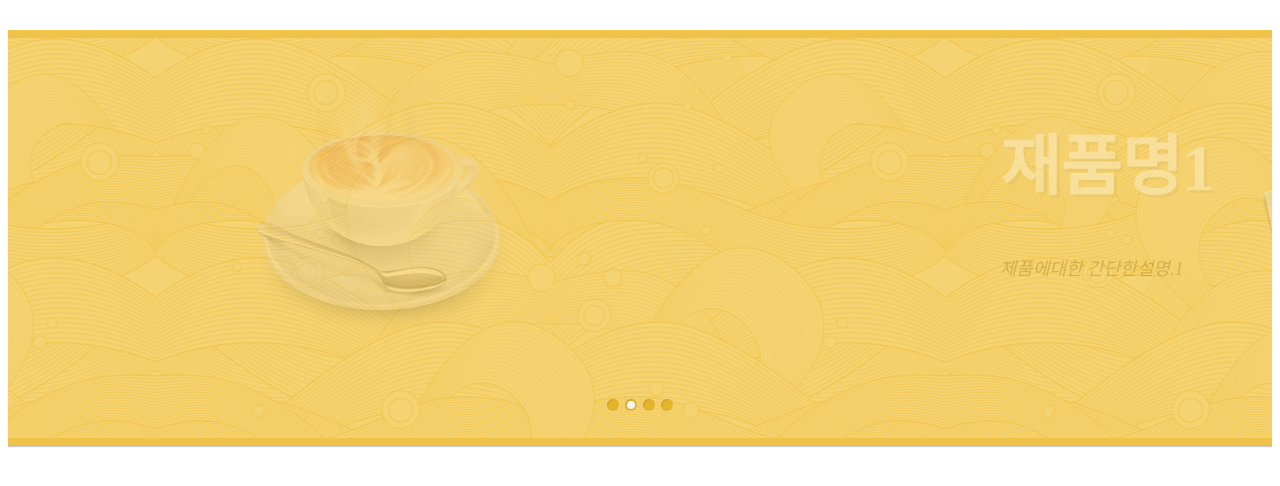
Repository: fellownew/project_workspace
Page: http://localhost/shoppingmall/WEB-INF/view/body/main.jsp
These files come from the project's save history. The page is drawn as it stood at one moment and after the next save; the edit follows.
The browser window is 1280 px wide. The pictures show the whole page.
The page is served by Tomcat 9. Nobody is signed in. Other server files are loaded and not shown. The template is opened directly, without the code that normally fills it, so the values that code supplies are empty.

Above is the page before, as saved 2015-06-03 02:35:04.

### shoppingmall/WebContent/WEB-INF/view/body/main.jsp
<%@ page contentType="text/html;charset=UTF-8"%>
<%@ taglib prefix="c" uri="http://java.sun.com/jsp/jstl/core"%>
<!DOCTYPE html>
        <link rel="stylesheet" type="text/css" href="<%=request.getContextPath()%>/css/demo.css" />
        <link rel="stylesheet" type="text/css" href="<%=request.getContextPath()%>/css/style.css" />
        <style type="text/css">
			.da-slider{
				background: transparent url('<%=request.getContextPath() %>/image/waves.gif') repeat 0% 0%;
				}
			.da-arrows span:after{
				background: transparent url('<%=request.getContextPath() %>/image/arrows.png') no-repeat top left;
				}
		</style>
		<script type="text/javascript" src="<%=request.getContextPath()%>/script/modernizr.custom.28468.js"></script>
		<script type="text/javascript" src="<%=request.getContextPath()%>/script/jquery.js"></script>
		<script type="text/javascript" src="<%=request.getContextPath()%>/script/jquery.cslider.js"></script>
		<script type="text/javascript">
			$(function() {
				$('#da-slider').cslider();
			});
		</script>

    <body>
        <div class="container">
			<div id="da-slider" class="da-slider">
				<div class="da-slide">
					<h2>재품명</h2>
					<p>제품에대한 간단한설명.</p>
					<a href="#" class="da-link">Read more(상세설명링크)</a>
					<div class="da-img"><img src="<%=request.getContextPath() %>/image/1.png" alt="image01" /></div>
				</div>
				<div class="da-slide">
					<h2>재품명1</h2>
					<p>제품에대한 간단한설명.1</p>
					<a href="#" class="da-link">Read more</a>
					<div class="da-img"><img src="<%=request.getContextPath() %>/image/2.png" alt="image01" /></div>
				</div>
				<div class="da-slide">
					<h2>재품명2</h2>
					<p>제품에대한 간단한설명.2</p>
					<a href="#" class="da-link">Read more</a>
					<div class="da-img"><img src="<%=request.getContextPath() %>/image/3.png" alt="image01" /></div>
				</div>
				<div class="da-slide">
					<h2>재품명3</h2>
					<p>제품에대한 간단한설명.3</p>
					<a href="#" class="da-link">Read more</a>
					<div class="da-img"><img src="<%=request.getContextPath() %>/image/4.png" alt="image01" /></div>
				</div>
				<nav class="da-arrows">
					<span class="da-arrows-prev"></span>
					<span class="da-arrows-next"></span>
				</nav>
			</div>
        </div>

    </body>

### shoppingmall/WebContent/css/demo.css
@font-face {
    font-weight: normal;
    font-style: normal;
}

.container{
	width: 100%;
	position: relative;
	text-align: center;
}
.clr{
	clear: both;
}
.container > header{
	padding: 20px 30px 10px 30px;
	margin: 0px 20px 10px 20px;
	position: relative;
	display: block;
	text-shadow: 1px 1px 1px rgba(0,0,0,0.2);
    text-align: center;
}
.container > header h1{
	font-size: 35px;
	line-height: 35px;
	position: relative;
	font-weight: 400;
	color: #936975;
	text-shadow: 1px 1px 1px rgba(0,0,0,0.3);
    padding: 0px 0px 5px 0px;
}
.container > header h1 span{
	color: #b19099;
	text-shadow: 0px 1px 1px rgba(255,255,255,0.8);
}
.container > header h2{
	font-size: 16px;
	font-style: italic;
	color: #593741;
	text-shadow: 0px 1px 1px rgba(255,255,255,0.8);
}
/* Header Style */
.codrops-top{
	line-height: 24px;
	font-size: 11px;
	background: rgba(255, 255, 255, 0.6);
	text-transform: uppercase;
	z-index: 9999;
	position: relative;
	box-shadow: 1px 0px 2px rgba(0,0,0,0.2);
}
.codrops-top a{
	padding: 0px 10px;
	letter-spacing: 1px;
	color: #333;
	text-shadow: 0px 1px 1px #fff;
	display: block;
	float: left;
}
.codrops-top a:hover{
	background: #fff;
}
.codrops-top span.right{
	float: right;
}
.codrops-top span.right a{
	float: left;
	display: block;
}

p.codrops-demos{
	text-align:center;
	display: block;
	padding: 14px;
}
p.codrops-demos a,
p.codrops-demos a.current-demo,
p.codrops-demos a.current-demo:hover{
    display: inline-block;
	border: 1px solid #b19099;
	padding: 4px 10px 3px;
	font-size: 13px;
	line-height: 18px;
	margin: 0px 3px;
	font-weight: 800;
	-webkit-box-shadow: 0px 1px 1px rgba(0,0,0,0.1);
	-moz-box-shadow:0px 1px 1px rgba(0,0,0,0.1);
	box-shadow: 0px 1px 1px rgba(0,0,0,0.1);
	color: #fff;
	text-shadow: 1px 1px 1px rgba(0,0,0,0.6);
	-webkit-border-radius: 5px;
	-moz-border-radius: 5px;
	border-radius: 5px;
	background: #b19099;
	background: -moz-linear-gradient(top, #b19099 0%, #936975 100%);
	background: -webkit-gradient(linear, left top, left bottom, color-stop(0%,#b19099), color-stop(100%,#936975));
	background: -webkit-linear-gradient(top, #b19099 0%,#936975 100%);
	background: -o-linear-gradient(top, #b19099 0%,#936975 100%);
	background: -ms-linear-gradient(top, #b19099 0%,#936975 100%);
	background: linear-gradient(top, #b19099 0%,#936975 100%);
	filter: progid:DXImageTransform.Microsoft.gradient( startColorstr='#b19099', endColorstr='#936975',GradientType=0 );
}
p.codrops-demos a:hover{
	background: #b19099;
}
p.codrops-demos a:active{
	-webkit-box-shadow: 0px 1px 1px rgba(255,255,255,0.4);
	-moz-box-shadow: 0px 1px 1px rgba(255,255,255,0.4);
	box-shadow: 0px 1px 1px rgba(255,255,255,0.4);
}
p.codrops-demos a.current-demo,
p.codrops-demos a.current-demo:hover{
	color: #443132;
	text-shadow: 0px 1px 1px rgba(255,255,255,0.3);
}
#testSlide3 {
	display: inline-block;
	border: 1px solid #b19099;
	padding: 4px 10px 3px;
	margin: 0px 3px;
	color: #fff;
	background: #111;
}
/* Media Queries */
@media screen and (max-width: 767px) {
	.container > header{
		text-align: center;
	}
	p.codrops-demos {
		position: relative;
		top: auto;
		left: auto;
	}
}

### shoppingmall/WebContent/css/style.css
.da-slider{
	width: 100%;
	min-width: 520px;
	height: 400px;
	position: relative;
	margin: 30px auto;
	overflow: hidden;
	border-top: 8px solid #efc34a;
	border-bottom: 8px solid #efc34a;
	box-shadow: 0px 1px 1px rgba(0,0,0,0.2), 0px -2px 1px #fff;
	-webkit-transition: background-position 1.4s ease-in-out 0.3s;
	-moz-transition: background-position 1.4s ease-in-out 0.3s;
	-o-transition: background-position 1.4s ease-in-out 0.3s;
	-ms-transition: background-position 1.4s ease-in-out 0.3s;
	transition: background-position 1.4s ease-in-out 0.3s;
}
.da-slide{
	position: absolute;
	width: 100%;
	height: 100%;
	top: 0px;
	left: 0px;
	text-align: left;
}
.da-slide-current{
	z-index: 1000;
}
.da-slider-fb .da-slide{
	left: 100%;
}
.da-slider-fb  .da-slide.da-slide-current{
	left: 0px;
}
.da-slide h2,
.da-slide p,
.da-slide .da-link,
.da-slide .da-img{
	position: absolute;
	opacity: 0;
	left: 110%;
}
.da-slider-fb .da-slide h2,
.da-slider-fb .da-slide p,
.da-slider-fb .da-slide .da-link{
	left: 10%;
	opacity: 1;
}
.da-slider-fb .da-slide .da-img{
	left: 60%;
	opacity: 1;
}
.da-slide h2{
	color: #fff;
	font-size: 66px;
	width: 50%;
	top: 20px;
	white-space: nowrap;
	z-index: 10;
	text-shadow: 3px 3px 1px rgba(0,0,0,0.1);
	font-weight: 700;
}
.da-slide p{
	width: 45%;
	top: 200px;
	color: #916c05;
	font-size: 18px;
	line-height: 26px;
	height: 80px;
	overflow: hidden;
	font-style: italic;
	font-weight: 400;
	font-style: italic;
}
.da-slide .da-img{
	text-align: center;
	width: 30%;
	top: 40px;
	height: 256px;
	line-height: 320px;
	left: 110%; /*60%*/
}
.da-slide .da-link{
	top: 300px; /*depends on p height*/
	border-radius: 30px;
	box-shadow: 0px 1px 1px rgba(0,0,0,0.1);
	color: #fff;
	text-shadow: 1px 1px 1px rgba(0,0,0,0.2);
	border: 8px solid rgba(255,255,255,0.8);
	padding: 2px 20px 0px;
	font-size: 18px;
	line-height: 30px;
	width: 80px;
	text-align: center;
	background: rgba(255,255,255,0.2);
}
.da-slide .da-link:hover{
	background: rgba(255,255,255,0.3);
}
.da-dots{
	width: 100%;
	position: absolute;
	text-align: center;
	left: 0px;
	bottom: 20px;
	z-index: 2000;
	-moz-user-select: none;
	-webkit-user-select: none;
}
.da-dots span{
	display: inline-block;
	position: relative;
	width: 12px;
	height: 12px;
	border-radius: 50%;
	background: #e4b42d;
	margin: 3px;
	cursor: pointer;
	box-shadow:
		1px 1px 1px rgba(0,0,0,0.1) inset,
		1px 1px 1px rgba(255,255,255,0.1);
}
.da-dots span.da-dots-current:after{
	content: '';
	width: 8px;
	height: 8px;
	position: absolute;
	top: 2px;
	left: 2px;
	border-radius: 50%;
	background: rgb(255,255,255);
	background: -moz-linear-gradient(top, rgba(255,255,255,1) 0%, rgba(246,246,246,1) 47%, rgba(237,237,237,1) 100%);
	background: -webkit-gradient(linear, left top, left bottom, color-stop(0%,rgba(255,255,255,1)), color-stop(47%,rgba(246,246,246,1)), color-stop(100%,rgba(237,237,237,1)));
	background: -webkit-linear-gradient(top, rgba(255,255,255,1) 0%,rgba(246,246,246,1) 47%,rgba(237,237,237,1) 100%);
	background: -o-linear-gradient(top, rgba(255,255,255,1) 0%,rgba(246,246,246,1) 47%,rgba(237,237,237,1) 100%);
	background: -ms-linear-gradient(top, rgba(255,255,255,1) 0%,rgba(246,246,246,1) 47%,rgba(237,237,237,1) 100%);
	background: linear-gradient(top, rgba(255,255,255,1) 0%,rgba(246,246,246,1) 47%,rgba(237,237,237,1) 100%);
	filter: progid:DXImageTransform.Microsoft.gradient( startColorstr='#ffffff', endColorstr='#ededed',GradientType=0 );
}
.da-arrows{
	-moz-user-select: none;
	-webkit-user-select: none;
}
.da-arrows span{
	position: absolute;
	top: 50%;
	height: 30px;
	width: 30px;
	border-radius: 50%;
	background: #e4b42d;
	cursor: pointer;
	z-index: 2000;
	opacity: 0;
	box-shadow:
		1px 1px 1px rgba(0,0,0,0.1) inset,
		1px 1px 1px rgba(255,255,255,0.1);
	-webkit-transition: opacity 0.4s ease-in-out 0.2s;
	-moz-transition: opacity 0.4s ease-in-out 0.2s;
	-o-transition: opacity 0.4s ease-in-out 0.2s;
	-ms-transition: opacity 0.4s ease-in-out 0.2s;
	transition: opacity 0.4s ease-in-out 0.2s;
}
.da-slider:hover .da-arrows span{
	opacity: 1;
}
.da-arrows span:after{
	content: '';
	position: absolute;
	width: 20px;
	height: 20px;
	top: 5px;
	left: 5px;
	border-radius: 50%;
	box-shadow: 1px 1px 2px rgba(0,0,0,0.1);
}
.da-arrows span:hover:after{
	box-shadow: 1px 1px 4px rgba(0,0,0,0.3);
}
.da-arrows span:active:after{
	box-shadow: 1px 1px 1px rgba(255,255,255,0.1);
}
.da-arrows span.da-arrows-next:after{
	background-position: top right;
}
.da-arrows span.da-arrows-prev{
	left: 15px;
}
.da-arrows span.da-arrows-next{
	right: 15px;
}

.da-slide-current h2,
.da-slide-current p,
.da-slide-current .da-link{
	left: 10%;
	opacity: 1;
}
.da-slide-current .da-img{
	left: 60%;
	opacity: 1;
}
/* Animation classes and animations */

/* Slide in from the right*/
.da-slide-fromright h2{
	-webkit-animation: fromRightAnim1 0.6s ease-in 0.8s both;
	-moz-animation: fromRightAnim1 0.6s ease-in 0.8s both;
	-o-animation: fromRightAnim1 0.6s ease-in 0.8s both;
	-ms-animation: fromRightAnim1 0.6s ease-in 0.8s both;
	animation: fromRightAnim1 0.6s ease-in 0.8s both;
}
.da-slide-fromright p{
	-webkit-animation: fromRightAnim2 0.6s ease-in 0.8s both;
	-moz-animation: fromRightAnim2 0.6s ease-in 0.8s both;
	-o-animation: fromRightAnim2 0.6s ease-in 0.8s both;
	-ms-animation: fromRightAnim2 0.6s ease-in 0.8s both;
	animation: fromRightAnim2 0.6s ease-in 0.8s both;
}
.da-slide-fromright .da-link{
	-webkit-animation: fromRightAnim3 0.4s ease-in 1.2s both;
	-moz-animation: fromRightAnim3 0.4s ease-in 1.2s both;
	-o-animation: fromRightAnim3 0.4s ease-in 1.2s both;
	-ms-animation: fromRightAnim3 0.4s ease-in 1.2s both;
	animation: fromRightAnim3 0.4s ease-in 1.2s both;
}
.da-slide-fromright .da-img{
	-webkit-animation: fromRightAnim4 0.6s ease-in 0.8s both;
	-moz-animation: fromRightAnim4 0.6s ease-in 0.8s both;
	-o-animation: fromRightAnim4 0.6s ease-in 0.8s both;
	-ms-animation: fromRightAnim4 0.6s ease-in 0.8s both;
	animation: fromRightAnim4 0.6s ease-in 0.8s both;
}
@-webkit-keyframes fromRightAnim1{
	0%{ left: 110%; opacity: 0; }
	100%{ left: 10%; opacity: 1; }
}
@-webkit-keyframes fromRightAnim2{
	0%{ left: 110%; opacity: 0; }
	100%{ left: 10%; opacity: 1; }
}
@-webkit-keyframes fromRightAnim3{
	0%{ left: 110%; opacity: 0; }
	1%{ left: 10%; opacity: 0; }
	100%{ left: 10%; opacity: 1; }
}
@-webkit-keyframes fromRightAnim4{
	0%{ left: 110%; opacity: 0; }
	100%{ left: 60%; opacity: 1; }
}

@-moz-keyframes fromRightAnim1{
	0%{ left: 110%; opacity: 0; }
	100%{ left: 10%; opacity: 1; }
}
@-moz-keyframes fromRightAnim2{
	0%{ left: 110%; opacity: 0; }
	100%{ left: 10%; opacity: 1; }
}
@-moz-keyframes fromRightAnim3{
	0%{ left: 110%; opacity: 0; }
	1%{ left: 10%; opacity: 0; }
	100%{ left: 10%; opacity: 1; }
}
@-moz-keyframes fromRightAnim4{
	0%{ left: 110%; opacity: 0; }
	100%{ left: 60%; opacity: 1; }
}

@-o-keyframes fromRightAnim1{
	0%{ left: 110%; opacity: 0; }
	100%{ left: 10%; opacity: 1; }
}
@-o-keyframes fromRightAnim2{
	0%{ left: 110%; opacity: 0; }
	100%{ left: 10%; opacity: 1; }
}
@-o-keyframes fromRightAnim3{
	0%{ left: 110%; opacity: 0; }
	1%{ left: 10%; opacity: 0; }
	100%{ left: 10%; opacity: 1; }
}
@-o-keyframes fromRightAnim4{
	0%{ left: 110%; opacity: 0; }
	100%{ left: 60%; opacity: 1; }
}

@-ms-keyframes fromRightAnim1{
	0%{ left: 110%; opacity: 0; }
	100%{ left: 10%; opacity: 1; }
}
@-ms-keyframes fromRightAnim2{
	0%{ left: 110%; opacity: 0; }
	100%{ left: 10%; opacity: 1; }
}
@-ms-keyframes fromRightAnim3{
	0%{ left: 110%; opacity: 0; }
	1%{ left: 10%; opacity: 0; }
	100%{ left: 10%; opacity: 1; }
}
@-ms-keyframes fromRightAnim4{
	0%{ left: 110%; opacity: 0; }
	100%{ left: 60%; opacity: 1; }
}

@keyframes fromRightAnim1{
	0%{ left: 110%; opacity: 0; }
	100%{ left: 10%; opacity: 1; }
}
@keyframes fromRightAnim2{
	0%{ left: 110%; opacity: 0; }
	100%{ left: 10%; opacity: 1; }
}
@keyframes fromRightAnim3{
	0%{ left: 110%; opacity: 0; }
	1%{ left: 10%; opacity: 0; }
	100%{ left: 10%; opacity: 1; }
}
@keyframes fromRightAnim4{
	0%{ left: 110%; opacity: 0; }
	100%{ left: 60%; opacity: 1; }
}
/* Slide in from the left*/
.da-slide-fromleft h2{
	-webkit-animation: fromLeftAnim1 0.6s ease-in 0.6s both;
	-moz-animation: fromLeftAnim1 0.6s ease-in 0.6s both;
	-o-animation: fromLeftAnim1 0.6s ease-in 0.6s both;
	-ms-animation: fromLeftAnim1 0.6s ease-in 0.6s both;
	animation: fromLeftAnim1 0.6s ease-in 0.6s both;
}
.da-slide-fromleft p{
	-webkit-animation: fromLeftAnim2 0.6s ease-in 0.6s both;
	-moz-animation: fromLeftAnim2 0.6s ease-in 0.6s both;
	-o-animation: fromLeftAnim2 0.6s ease-in 0.6s both;
	-ms-animation: fromLeftAnim2 0.6s ease-in 0.6s both;
	animation: fromLeftAnim2 0.6s ease-in 0.6s both;
}
.da-slide-fromleft .da-link{
	-webkit-animation: fromLeftAnim3 0.4s ease-in 1.2s both;
	-moz-animation: fromLeftAnim3 0.4s ease-in 1.2s both;
	-o-animation: fromLeftAnim3 0.4s ease-in 1.2s both;
	-ms-animation: fromLeftAnim3 0.4s ease-in 1.2s both;
	animation: fromLeftAnim3 0.4s ease-in 1.2s both;
}
.da-slide-fromleft .da-img{
	-webkit-animation: fromLeftAnim4 0.6s ease-in 0.6s both;
	-moz-animation: fromLeftAnim4 0.6s ease-in 0.6s both;
	-o-animation: fromLeftAnim4 0.6s ease-in 0.6s both;
	-ms-animation: fromLeftAnim4 0.6s ease-in 0.6s both;
	animation: fromLeftAnim4 0.6s ease-in 0.6s both;
}
@-webkit-keyframes fromLeftAnim1{
	0%{ left: -110%; opacity: 0; }
	100%{ left: 10%; opacity: 1; }
}
@-webkit-keyframes fromLeftAnim2{
	0%{ left: -110%; opacity: 0; }
	100%{ left: 10%; opacity: 1; }
}
@-webkit-keyframes fromLeftAnim3{
	0%{ left: -110%; opacity: 0; }
	1%{ left: 10%; opacity: 0; }
	100%{ left: 10%; opacity: 1; }
}
@-webkit-keyframes fromLeftAnim4{
	0%{ left: -110%; opacity: 0; }
	100%{ left: 60%; opacity: 1; }
}

@-moz-keyframes fromLeftAnim1{
	0%{ left: -110%; opacity: 0; }
	100%{ left: 10%; opacity: 1; }
}
@-moz-keyframes fromLeftAnim2{
	0%{ left: -110%; opacity: 0; }
	100%{ left: 10%; opacity: 1; }
}
@-moz-keyframes fromLeftAnim3{
	0%{ left: -110%; opacity: 0; }
	1%{ left: 10%; opacity: 0; }
	100%{ left: 10%; opacity: 1; }
}
@-moz-keyframes fromLeftAnim4{
	0%{ left: -110%; opacity: 0; }
	100%{ left: 60%; opacity: 1; }
}

@-o-keyframes fromLeftAnim1{
	0%{ left: -110%; opacity: 0; }
	100%{ left: 10%; opacity: 1; }
}
@-o-keyframes fromLeftAnim2{
	0%{ left: -110%; opacity: 0; }
	100%{ left: 10%; opacity: 1; }
}
@-o-keyframes fromLeftAnim3{
	0%{ left: -110%; opacity: 0; }
	1%{ left: 10%; opacity: 0; }
	100%{ left: 10%; opacity: 1; }
}
@-o-keyframes fromLeftAnim4{
	0%{ left: -110%; opacity: 0; }
	100%{ left: 60%; opacity: 1; }
}

@-ms-keyframes fromLeftAnim1{
	0%{ left: -110%; opacity: 0; }
	100%{ left: 10%; opacity: 1; }
}
@-ms-keyframes fromLeftAnim2{
	0%{ left: -110%; opacity: 0; }
	100%{ left: 10%; opacity: 1; }
}
@-ms-keyframes fromLeftAnim3{
	0%{ left: -110%; opacity: 0; }
	1%{ left: 10%; opacity: 0; }
	100%{ left: 10%; opacity: 1; }
}
@-ms-keyframes fromLeftAnim4{
	0%{ left: -110%; opacity: 0; }
	100%{ left: 60%; opacity: 1; }
}

@keyframes fromLeftAnim1{
	0%{ left: -110%; opacity: 0; }
	100%{ left: 10%; opacity: 1; }
}
@keyframes fromLeftAnim2{
	0%{ left: -110%; opacity: 0; }
	100%{ left: 10%; opacity: 1; }
}
@keyframes fromLeftAnim3{
	0%{ left: -110%; opacity: 0; }
	1%{ left: 10%; opacity: 0; }
	100%{ left: 10%; opacity: 1; }
}
@keyframes fromLeftAnim4{
	0%{ left: -110%; opacity: 0; }
	100%{ left: 60%; opacity: 1; }
}
/* Slide out to the right */
.da-slide-toright h2{
	-webkit-animation: toRightAnim1 0.6s ease-in 0.6s both;
	-moz-animation: toRightAnim1 0.6s ease-in 0.6s both;
	-o-animation: toRightAnim1 0.6s ease-in 0.6s both;
	-ms-animation: toRightAnim1 0.6s ease-in 0.6s both;
	animation: toRightAnim1 0.6s ease-in 0.6s both;
}
.da-slide-toright p{
	-webkit-animation: toRightAnim2 0.6s ease-in 0.3s both;
	-moz-animation: toRightAnim2 0.6s ease-in 0.3s both;
	-o-animation: toRightAnim2 0.6s ease-in 0.3s both;
	-ms-animation: toRightAnim2 0.6s ease-in 0.3s both;
	animation: toRightAnim2 0.6s ease-in 0.3s both;
}
.da-slide-toright .da-link{
	-webkit-animation: toRightAnim3 0.4s ease-in both;
	-moz-animation: toRightAnim3 0.4s ease-in both;
	-o-animation: toRightAnim3 0.4s ease-in both;
	-ms-animation: toRightAnim3 0.4s ease-in both;
	animation: toRightAnim3 0.4s ease-in both;
}
.da-slide-toright .da-img{
	-webkit-animation: toRightAnim4 0.6s ease-in both;
	-moz-animation: toRightAnim4 0.6s ease-in both;
	-o-animation: toRightAnim4 0.6s ease-in both;
	-ms-animation: toRightAnim4 0.6s ease-in both;
	animation: toRightAnim4 0.6s ease-in both;
}
@-webkit-keyframes toRightAnim1{
	0%{ left: 10%;  opacity: 1; }
	100%{ left: 100%; opacity: 0; }
}
@-webkit-keyframes toRightAnim2{
	0%{ left: 10%;  opacity: 1; }
	100%{ left: 100%; opacity: 0; }
}
@-webkit-keyframes toRightAnim3{
	0%{ left: 10%;  opacity: 1; }
	99%{ left: 10%; opacity: 0; }
	100%{ left: 100%; opacity: 0; }
}
@-webkit-keyframes toRightAnim4{
	0%{ left: 60%;  opacity: 1; }
	30%{ left: 55%;  opacity: 1; }
	100%{ left: 100%; opacity: 0; }
}

@-moz-keyframes toRightAnim1{
	0%{ left: 10%;  opacity: 1; }
	100%{ left: 100%; opacity: 0; }
}
@-moz-keyframes toRightAnim2{
	0%{ left: 10%;  opacity: 1; }
	100%{ left: 100%; opacity: 0; }
}
@-moz-keyframes toRightAnim3{
	0%{ left: 10%;  opacity: 1; }
	99%{ left: 10%; opacity: 0; }
	100%{ left: 100%; opacity: 0; }
}
@-moz-keyframes toRightAnim4{
	0%{ left: 60%;  opacity: 1; }
	30%{ left: 55%;  opacity: 1; }
	100%{ left: 100%; opacity: 0; }
}

@-o-keyframes toRightAnim1{
	0%{ left: 10%;  opacity: 1; }
	100%{ left: 100%; opacity: 0; }
}
@-o-keyframes toRightAnim2{
	0%{ left: 10%;  opacity: 1; }
	100%{ left: 100%; opacity: 0; }
}
@-o-keyframes toRightAnim3{
	0%{ left: 10%;  opacity: 1; }
	99%{ left: 10%; opacity: 0; }
	100%{ left: 100%; opacity: 0; }
}
@-o-keyframes toRightAnim4{
	0%{ left: 60%;  opacity: 1; }
	30%{ left: 55%;  opacity: 1; }
	100%{ left: 100%; opacity: 0; }
}

@-ms-keyframes toRightAnim1{
	0%{ left: 10%;  opacity: 1; }
	100%{ left: 100%; opacity: 0; }
}
@-ms-keyframes toRightAnim2{
	0%{ left: 10%;  opacity: 1; }
	100%{ left: 100%; opacity: 0; }
}
@-ms-keyframes toRightAnim3{
	0%{ left: 10%;  opacity: 1; }
	99%{ left: 10%; opacity: 0; }
	100%{ left: 100%; opacity: 0; }
}
@-ms-keyframes toRightAnim4{
	0%{ left: 60%;  opacity: 1; }
	30%{ left: 55%;  opacity: 1; }
	100%{ left: 100%; opacity: 0; }
}

@keyframes toRightAnim1{
	0%{ left: 10%;  opacity: 1; }
	100%{ left: 100%; opacity: 0; }
}
@keyframes toRightAnim2{
	0%{ left: 10%;  opacity: 1; }
	100%{ left: 100%; opacity: 0; }
}
@keyframes toRightAnim3{
	0%{ left: 10%;  opacity: 1; }
	99%{ left: 10%; opacity: 0; }
	100%{ left: 100%; opacity: 0; }
}
@keyframes toRightAnim4{
	0%{ left: 60%;  opacity: 1; }
	30%{ left: 55%;  opacity: 1; }
	100%{ left: 100%; opacity: 0; }
}
/* Slide out to the left*/
.da-slide-toleft h2{
	-webkit-animation: toLeftAnim1 0.6s ease-in both;
	-moz-animation: toLeftAnim1 0.6s ease-in both;
	-o-animation: toLeftAnim1 0.6s ease-in both;
	-ms-animation: toLeftAnim1 0.6s ease-in both;
	animation: toLeftAnim1 0.6s ease-in both;
}
.da-slide-toleft p{
	-webkit-animation: toLeftAnim2 0.6s ease-in 0.3s both;
	-moz-animation: toLeftAnim2 0.6s ease-in 0.3s both;
	-o-animation: toLeftAnim2 0.6s ease-in 0.3s both;
	-ms-animation: toLeftAnim2 0.6s ease-in 0.3s both;
	animation: toLeftAnim2 0.6s ease-in 0.3s both;
}
.da-slide-toleft .da-link{
	-webkit-animation: toLeftAnim3 0.4s ease-in both;
	-moz-animation: toLeftAnim3 0.4s ease-in both;
	-o-animation: toLeftAnim3 0.4s ease-in both;
	-ms-animation: toLeftAnim3 0.4s ease-in both;
	animation: toLeftAnim3 0.4s ease-in both;
}
.da-slide-toleft .da-img{
	-webkit-animation: toLeftAnim4 0.6s ease-in 0.6s both;
	-moz-animation: toLeftAnim4 0.6s ease-in 0.6s both;
	-o-animation: toLeftAnim4 0.6s ease-in 0.6s both;
	-ms-animation: toLeftAnim4 0.6s ease-in 0.6s both;
	animation: toLeftAnim4 0.6s ease-in 0.6s both;
}
@-webkit-keyframes toLeftAnim1{
	0%{ left: 10%;  opacity: 1; }
	30%{ left: 15%;  opacity: 1; }
	100%{ left: -50%; opacity: 0; }
}
@-webkit-keyframes toLeftAnim2{
	0%{ left: 10%;  opacity: 1; }
	30%{ left: 15%;  opacity: 1; }
	100%{ left: -50%; opacity: 0; }
}
@-webkit-keyframes toLeftAnim3{
	0%{ left: 10%;  opacity: 1; }
	99%{ left: 10%; opacity: 0; }
	100%{ left: -50%; opacity: 0; }
}
@-webkit-keyframes toLeftAnim4{
	0%{ left: 60%;  opacity: 1; }
	40%{ left: 70%;  opacity: 1; }
	90%{ left: 0%;  opacity: 0; }
	100%{ left: -50%; opacity: 0; }
}

@-moz-keyframes toLeftAnim1{
	0%{ left: 10%;  opacity: 1; }
	30%{ left: 15%;  opacity: 1; }
	100%{ left: -50%; opacity: 0; }
}
@-moz-keyframes toLeftAnim2{
	0%{ left: 10%;  opacity: 1; }
	30%{ left: 15%;  opacity: 1; }
	100%{ left: -50%; opacity: 0; }
}
@-moz-keyframes toLeftAnim3{
	0%{ left: 10%;  opacity: 1; }
	99%{ left: 10%; opacity: 0; }
	100%{ left: -50%; opacity: 0; }
}
@-moz-keyframes toLeftAnim4{
	0%{ left: 60%;  opacity: 1; }
	40%{ left: 70%;  opacity: 1; }
	90%{ left: 0%;  opacity: 0; }
	100%{ left: -50%; opacity: 0; }
}

@-o-keyframes toLeftAnim1{
	0%{ left: 10%;  opacity: 1; }
	30%{ left: 15%;  opacity: 1; }
	100%{ left: -50%; opacity: 0; }
}
@-o-keyframes toLeftAnim2{
	0%{ left: 10%;  opacity: 1; }
	30%{ left: 15%;  opacity: 1; }
	100%{ left: -50%; opacity: 0; }
}
@-o-keyframes toLeftAnim3{
	0%{ left: 10%;  opacity: 1; }
	99%{ left: 10%; opacity: 0; }
	100%{ left: -50%; opacity: 0; }
}
@-o-keyframes toLeftAnim4{
	0%{ left: 60%;  opacity: 1; }
	40%{ left: 70%;  opacity: 1; }
	90%{ left: 0%;  opacity: 0; }
	100%{ left: -50%; opacity: 0; }
}

@-ms-keyframes toLeftAnim1{
	0%{ left: 10%;  opacity: 1; }
	30%{ left: 15%;  opacity: 1; }
	100%{ left: -50%; opacity: 0; }
}
@-ms-keyframes toLeftAnim2{
	0%{ left: 10%;  opacity: 1; }
	30%{ left: 15%;  opacity: 1; }
	100%{ left: -50%; opacity: 0; }
}
@-ms-keyframes toLeftAnim3{
	0%{ left: 10%;  opacity: 1; }
	99%{ left: 10%; opacity: 0; }
	100%{ left: -50%; opacity: 0; }
}
@-ms-keyframes toLeftAnim4{
	0%{ left: 60%;  opacity: 1; }
	40%{ left: 70%;  opacity: 1; }
	90%{ left: 0%;  opacity: 0; }
	100%{ left: -50%; opacity: 0; }
}

@keyframes toLeftAnim1{
	0%{ left: 10%;  opacity: 1; }
	30%{ left: 15%;  opacity: 1; }
	100%{ left: -50%; opacity: 0; }
}
@keyframes toLeftAnim2{
	0%{ left: 10%;  opacity: 1; }
	30%{ left: 15%;  opacity: 1; }
	100%{ left: -50%; opacity: 0; }
}
@keyframes toLeftAnim3{
	0%{ left: 10%;  opacity: 1; }
	99%{ left: 10%; opacity: 0; }
	100%{ left: -50%; opacity: 0; }
}
@keyframes toLeftAnim4{
	0%{ left: 60%;  opacity: 1; }
	40%{ left: 70%;  opacity: 1; }
	90%{ left: 0%;  opacity: 0; }
	100%{ left: -50%; opacity: 0; }
}

Loaded but not shown: shoppingmall/WebContent/script/modernizr.custom.28468.js (library); shoppingmall/WebContent/script/jquery.js (library); shoppingmall/WebContent/script/jquery.cslider.js (library)

After the next save:
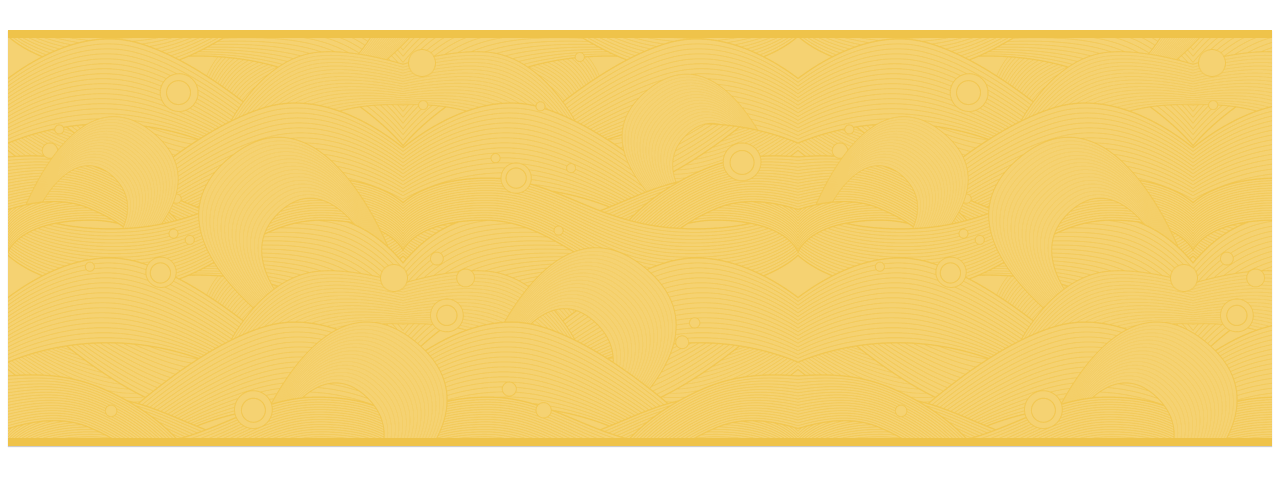
Saved 3 min 55 s later.
--- a/shoppingmall/WebContent/WEB-INF/view/body/main.jsp
+++ b/shoppingmall/WebContent/WEB-INF/view/body/main.jsp
@@ -15,9 +15,7 @@
 		<script type="text/javascript" src="<%=request.getContextPath()%>/script/jquery.js"></script>
 		<script type="text/javascript" src="<%=request.getContextPath()%>/script/jquery.cslider.js"></script>
 		<script type="text/javascript">
-			$(function() {
-				$('#da-slider').cslider();
-			});
+
 		</script>
 
     <body>

After the save that followed:
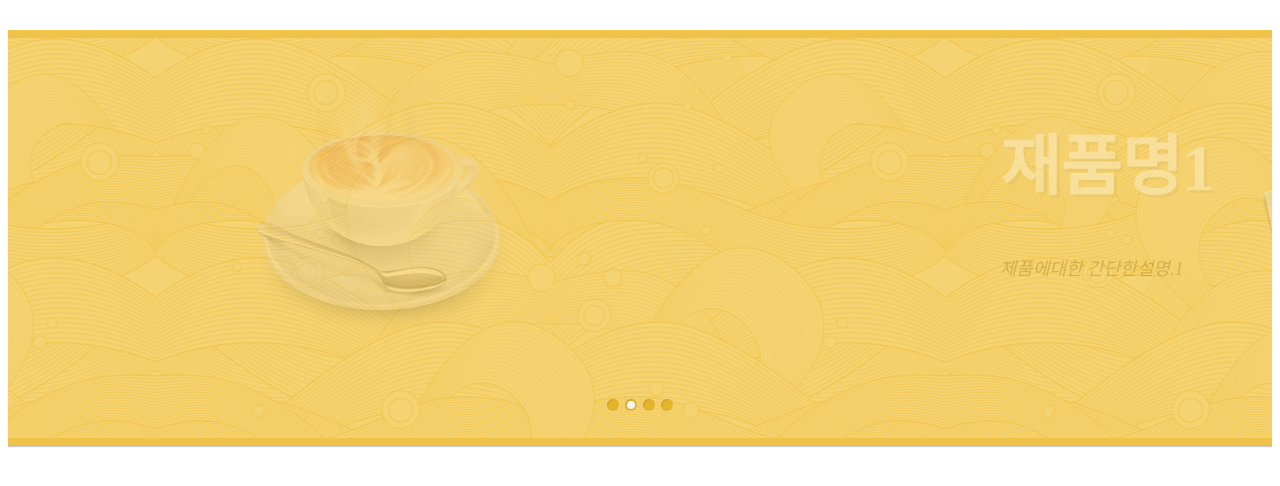
Saved 10 s later.
--- a/shoppingmall/WebContent/WEB-INF/view/body/main.jsp
+++ b/shoppingmall/WebContent/WEB-INF/view/body/main.jsp
@@ -15,7 +15,9 @@
 		<script type="text/javascript" src="<%=request.getContextPath()%>/script/jquery.js"></script>
 		<script type="text/javascript" src="<%=request.getContextPath()%>/script/jquery.cslider.js"></script>
 		<script type="text/javascript">
-
+			$(function() {
+				$('#da-slider').cslider();
+			});
 		</script>
 
     <body>
